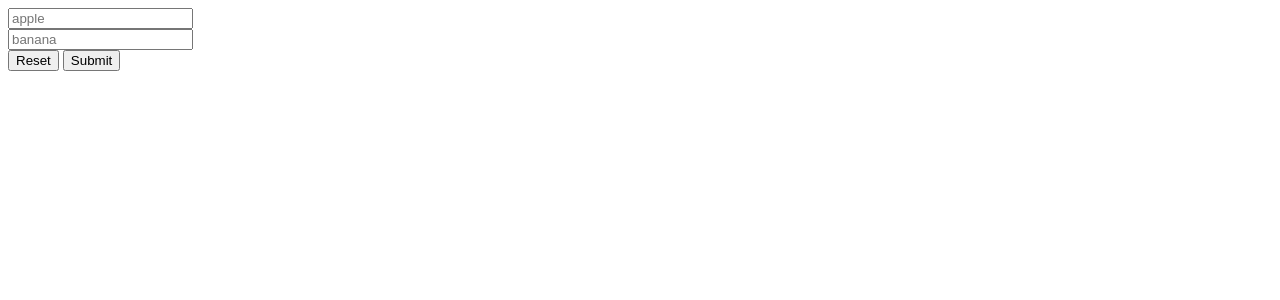
Repository: eun-chongzzz/jsp_practice
Page: http://localhost/JSPBasic/jspObject/1.requests/req_param_send.jsp
These files come from the project's save history. The page is drawn as it stood at one moment and after the next save; the edit follows.
The browser window is 1280 px wide. The pictures show the whole page.
The page is served by Tomcat 9.

Above is the page before, as saved 2022-02-03 05:49:13.

After the next save:
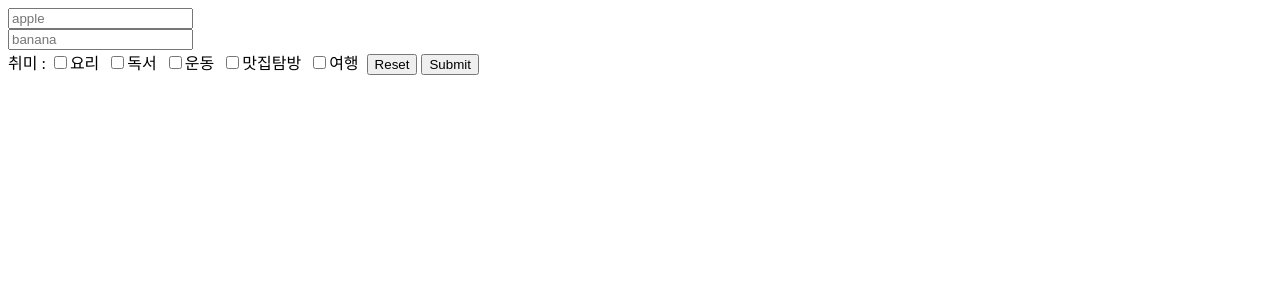
Saved 21 min 45 s later.
--- a/JSPBasic/src/main/webapp/jspObject/1.requests/req_param_send.jsp
+++ b/JSPBasic/src/main/webapp/jspObject/1.requests/req_param_send.jsp
@@ -18,6 +18,14 @@ form의 action이 바로 목적지를 적는 부분임.
 	<form action="req_param_getpost.jsp" method="get">
 		<input type="text" name="apple" placeholder="apple"/><br/>
 		<input type="text" name="banana" placeholder="banana"/><br/>
+
+		취미 :
+		<input type="checkbox" name="hobby">요리&nbsp;
+		<input type="checkbox" name="hobby">독서&nbsp;
+		<input type="checkbox" name="hobby">운동&nbsp;
+		<input type="checkbox" name="hobby">맛집탐방&nbsp;
+		<input type="checkbox" name="hobby">여행&nbsp;
+
 		<input type="reset"/>
 		<input type="submit"/>
 	</form>
